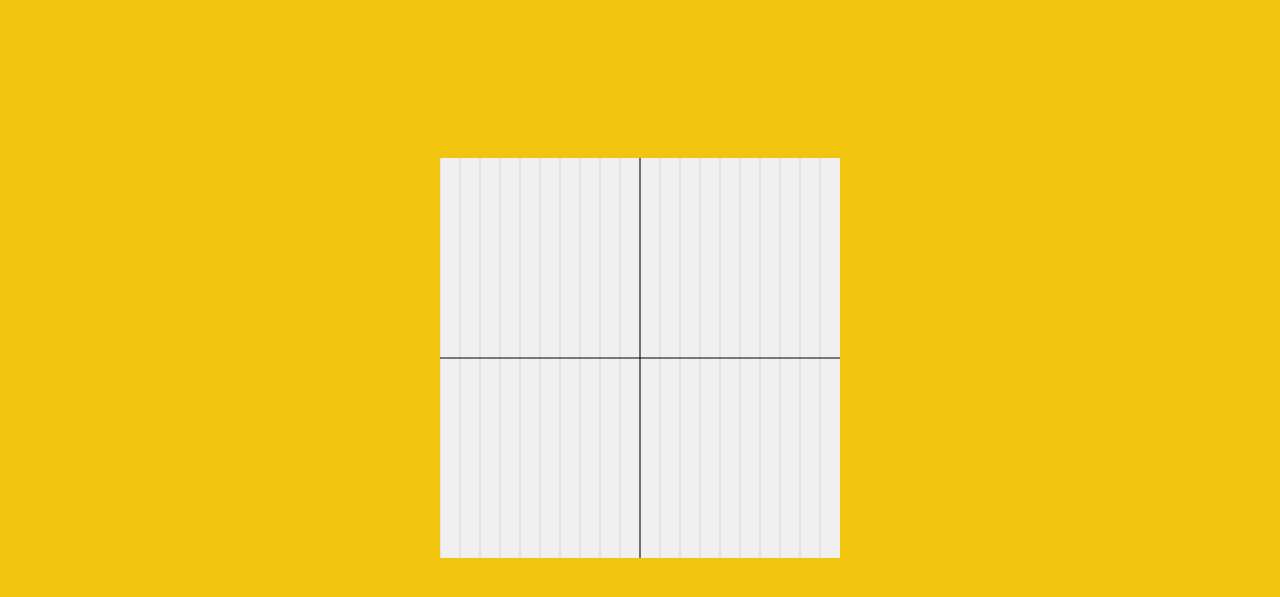
Repository: animarcus/graphing-app
Page: index.html
The author's editor kept a copy of each file at every save. The page is drawn from the files as they stood at one save, then again after the next save.
The browser window is 1280 px wide. The pictures show the whole page.
Some web libraries are served in a nearby version.

Above is the page before, as saved 2020-09-26 19:30:17.

After the next save:
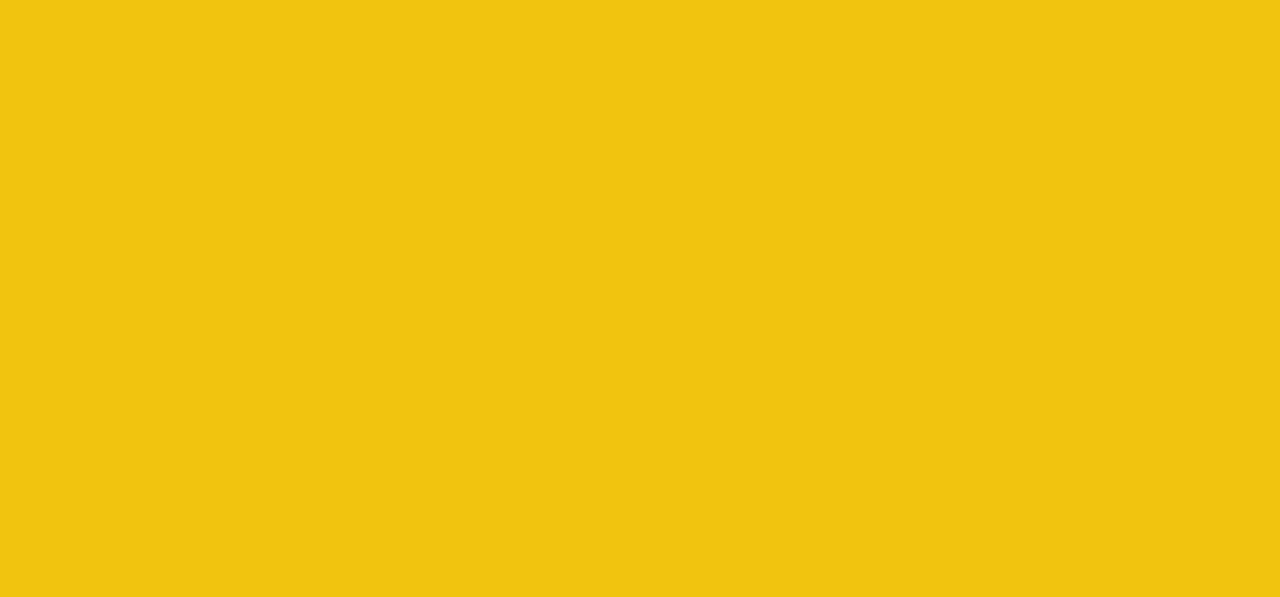
Console error: ReferenceError: i is not defined
Saved 2 min 31 s later.
--- a/js/sketch.js
+++ b/js/sketch.js
@@ -16,8 +16,11 @@
 
   // strokeWeight(1);
   stroke('rgba(0%, 0%, 0%, 0.1)');
-  for (let i = -canvasW/2; i < canvasW/2; i += 20) {
+  for (let x = -canvasW/2; x < canvasW/2; x += 20) {
     line(i, -canvasH/2, i, canvasH/2);
+  }
+  for (let y = -canvasH/2; y < canvasH/2; y += 20) {
+    line(-canvasW/2, y, canvasW/2, y);
   }
 }
 

After the save that followed:
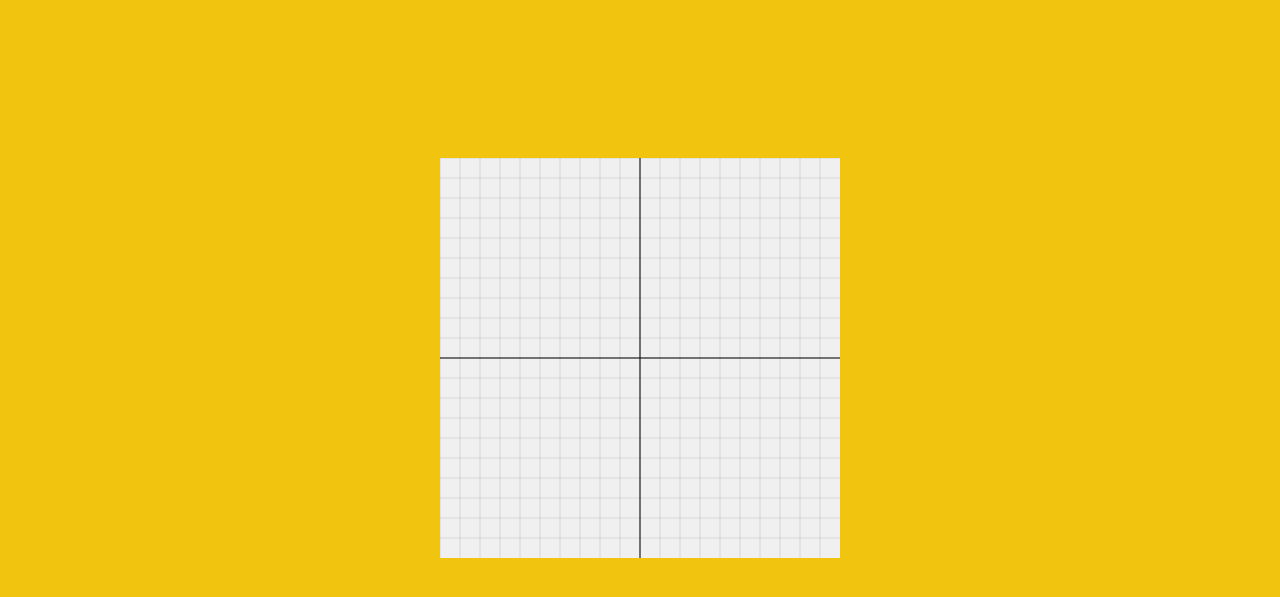
The error is gone.
Saved 5 s later.
--- a/js/sketch.js
+++ b/js/sketch.js
@@ -17,7 +17,7 @@
   // strokeWeight(1);
   stroke('rgba(0%, 0%, 0%, 0.1)');
   for (let x = -canvasW/2; x < canvasW/2; x += 20) {
-    line(i, -canvasH/2, i, canvasH/2);
+    line(x, -canvasH/2, x, canvasH/2);
   }
   for (let y = -canvasH/2; y < canvasH/2; y += 20) {
     line(-canvasW/2, y, canvasW/2, y);
